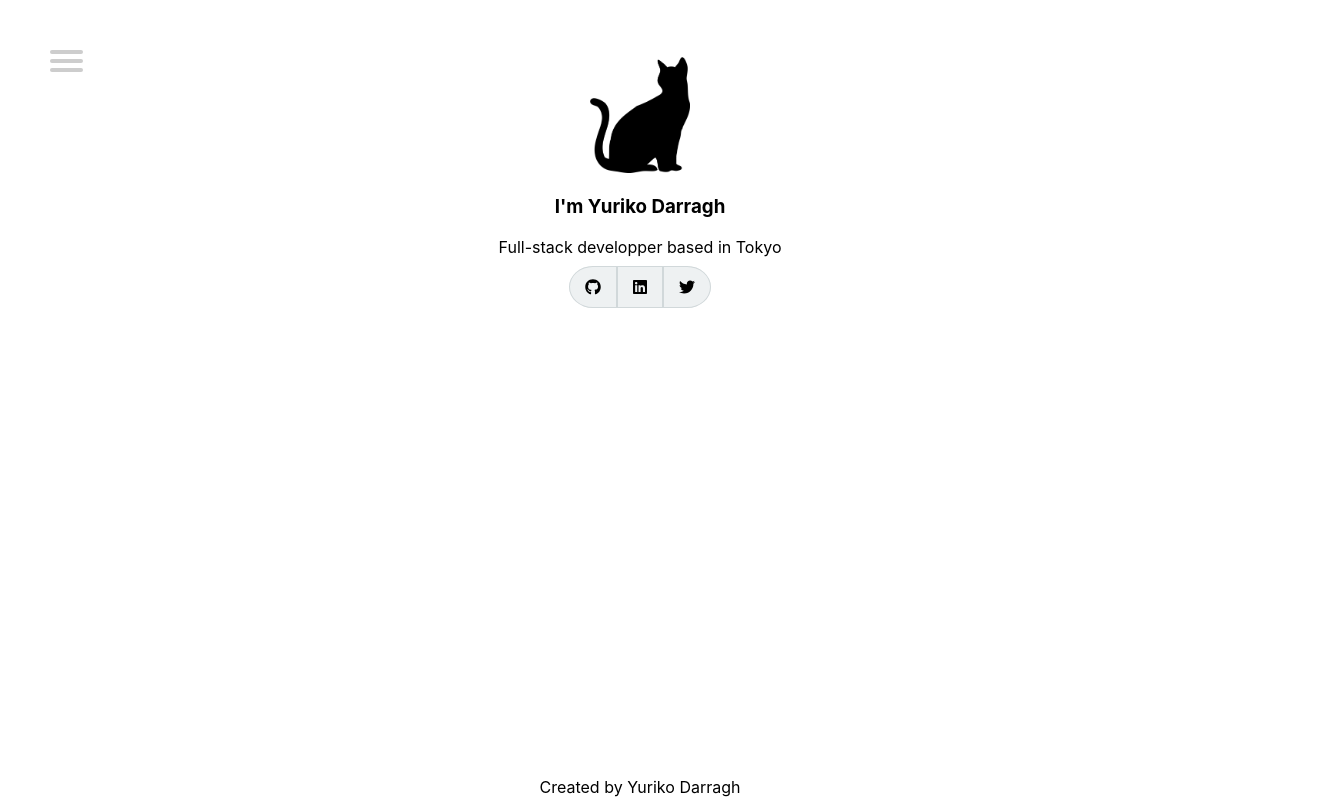
Repository: yuriko-pixel/react-portfolio
Page: /
An editor plug-in stored every save of this project. The page is shown before and after the next save, followed by the edit.
The browser window is 1280 px wide. The page is 1330 px wide, so the pictures cover 1330 px, including what lies to the right of the window. The pictures show the whole page.
The project was rebuilt for these pictures with package versions that can differ from the ones it lists, and the page was loaded fresh each time. Also part of the build but not shown: src/components/worktemp.js, src/components/about.js, src/styles/works.module.scss, src/components/works.js.

Above is the page before, as saved 2021-05-19 13:23:56.

After the next save:
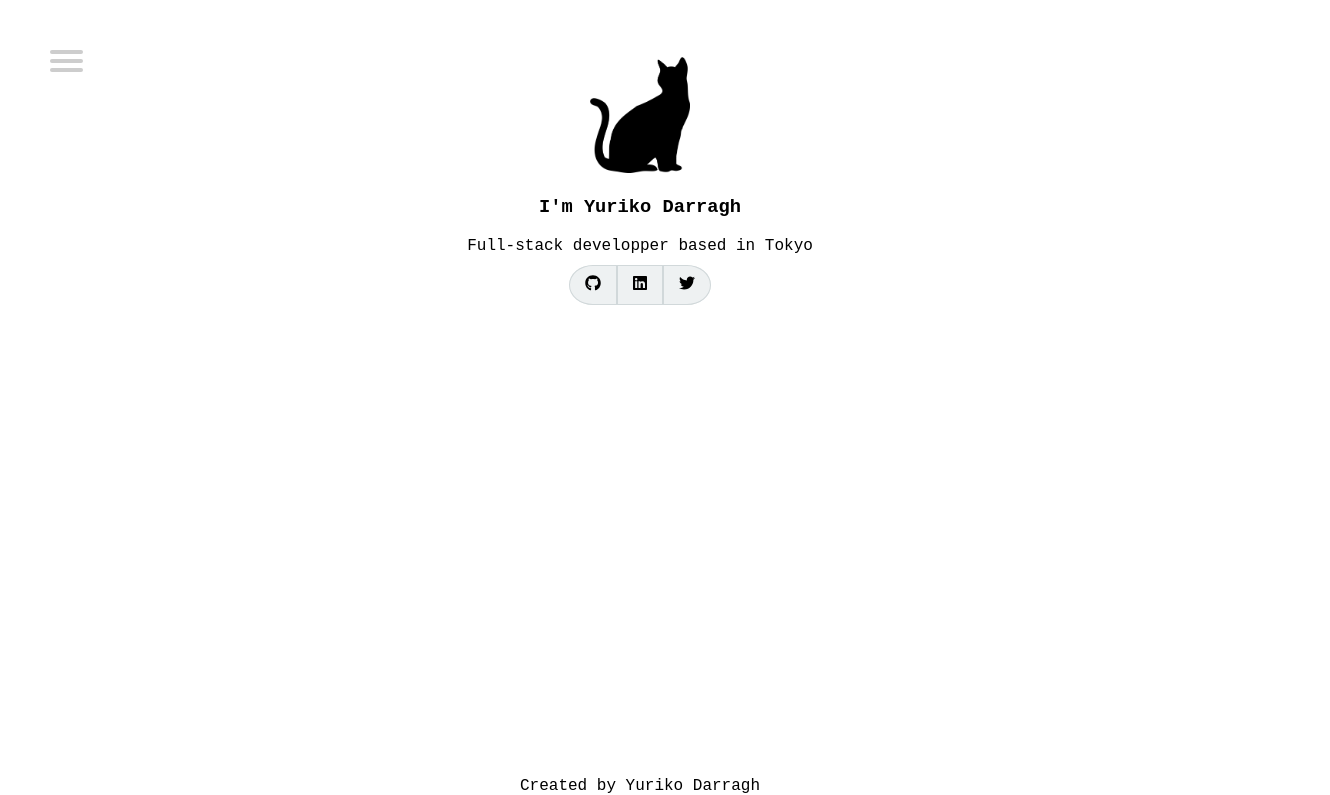
Saved 49 s later.
--- a/src/styles/about.module.scss
+++ b/src/styles/about.module.scss
@@ -1,5 +1,7 @@
 @import url('https://fonts.googleapis.com/css2?family=Raleway:wght@100&display=swap');
-
+ * {
+     font-family:'Courier New', Courier, monospace
+ }
 .flex {
     display: flex;
 }
